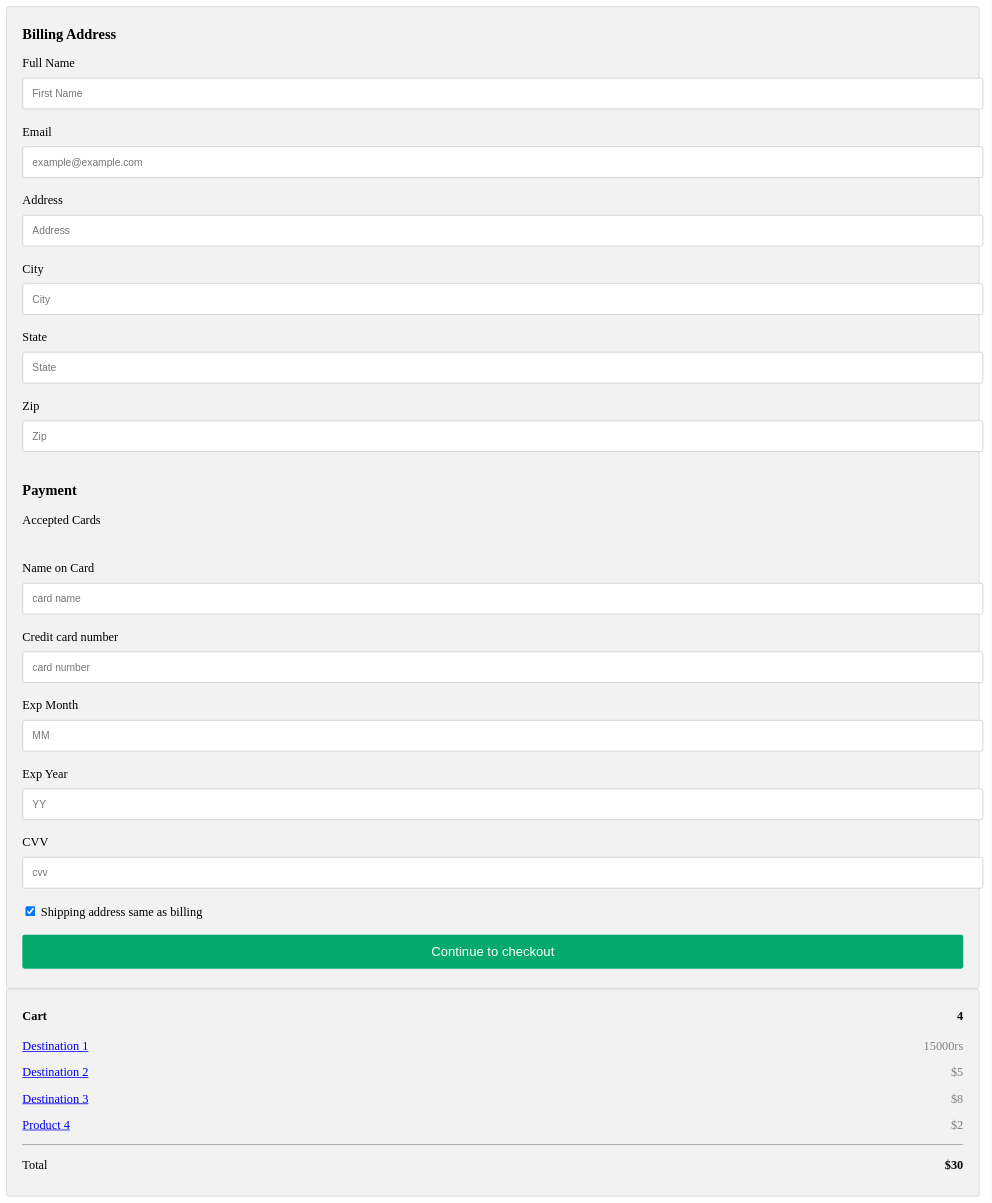
Repository: vksh-chandra/Travel-Tourism
Page: tatms/src/main/webapp/payment.html
These files come from the project's save history. The page is drawn as it stood at one moment and after a run of saves; the edit follows.
The browser window is 1280 px wide. The page is 1288 px wide, so the pictures cover 1288 px, including what lies to the right of the window. The pictures show the whole page, at 77% of full size.

Above is the page before, as saved 2022-07-19 09:05:28.

After the next 2 saves:
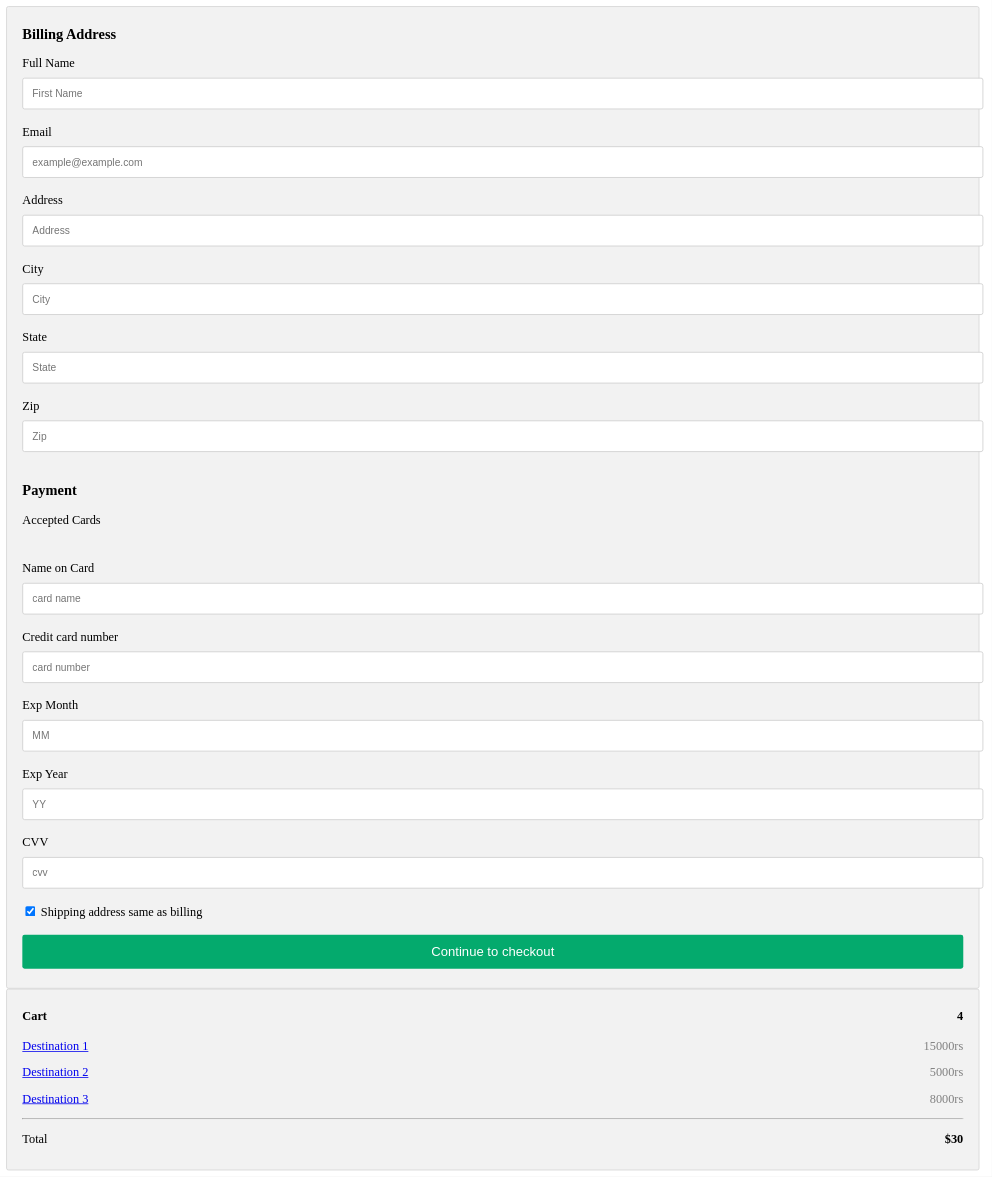
The 2 saves are shown as one change because they came seconds apart.
The last was saved 10 s later.
--- a/tatms/src/main/webapp/payment.html
+++ b/tatms/src/main/webapp/payment.html
@@ -81,9 +81,8 @@
 	        </span>
 	      </h4>
 	      <p><a href="#">Destination 1</a> <span class="price">15000rs</span></p>
-	      <p><a href="#">Destination 2</a> <span class="price">$5</span></p>
-	      <p><a href="#">Destination 3</a> <span class="price">$8</span></p>
-	      <p><a href="#">Product 4</a> <span class="price">$2</span></p>
+	      <p><a href="#">Destination 2</a> <span class="price">5000rs</span></p>
+	      <p><a href="#">Destination 3</a> <span class="price">8000rs</span></p>
 	      <hr>
 	      <p>Total <span class="price" style="color:black"><b>$30</b></span></p>
 	    </div>
